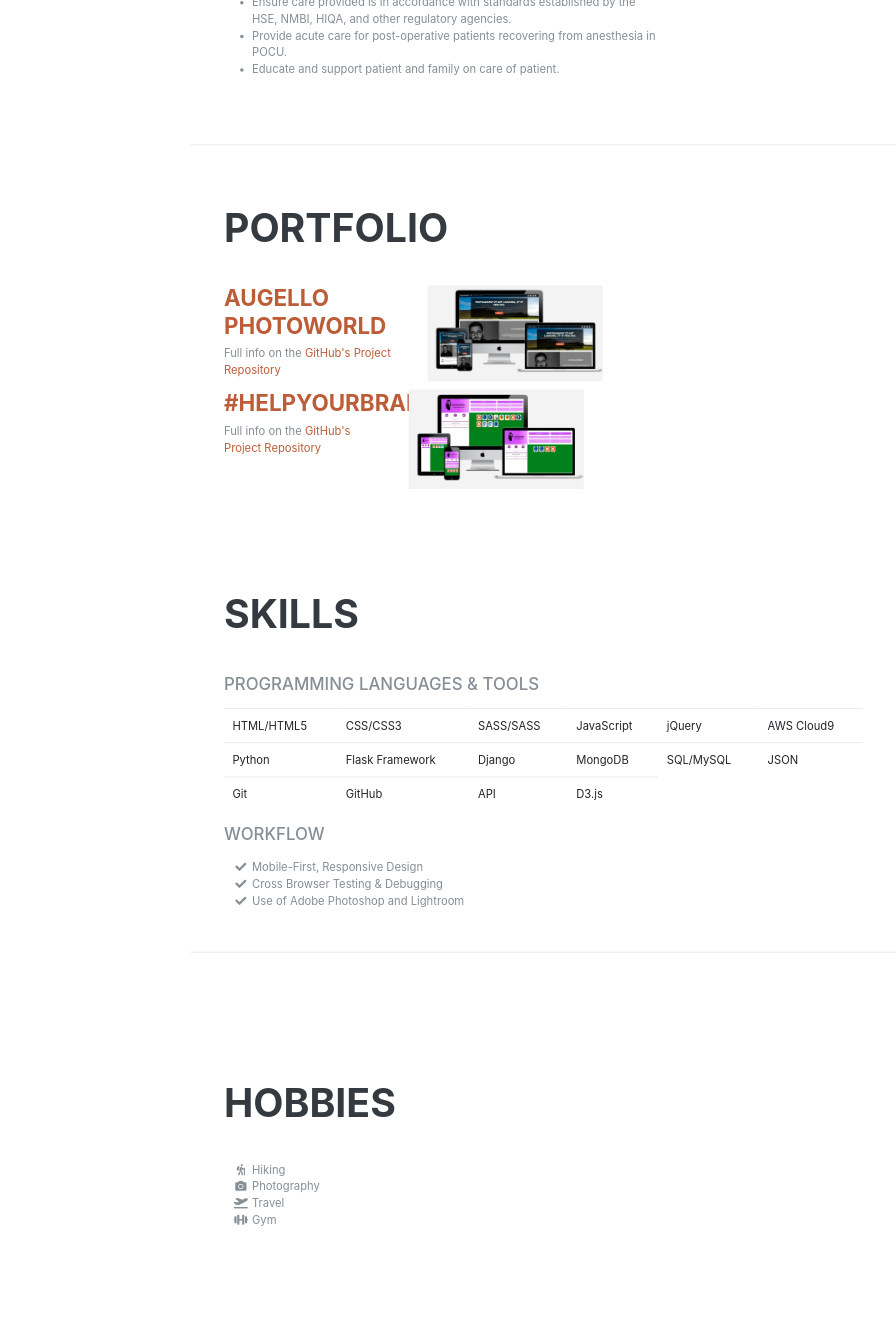
Repository: gello94/antonio_augello_online_Resume
Page: http://localhost/
The author's editor kept a record of every edit. The page is drawn from the files as they stood at one moment, then again after the next edit.
The browser window is 1280 px wide. The pictures show the part of the page from y = 2132 to 4052 px (the page is 4068 px tall before and 4249 px after), at 70% of full size.
Some web fonts or font styles are not loaded; a fallback is used. The page is served by the project's application, run on Flask 3 (run.py).

Above is the page before.

After the next edit:
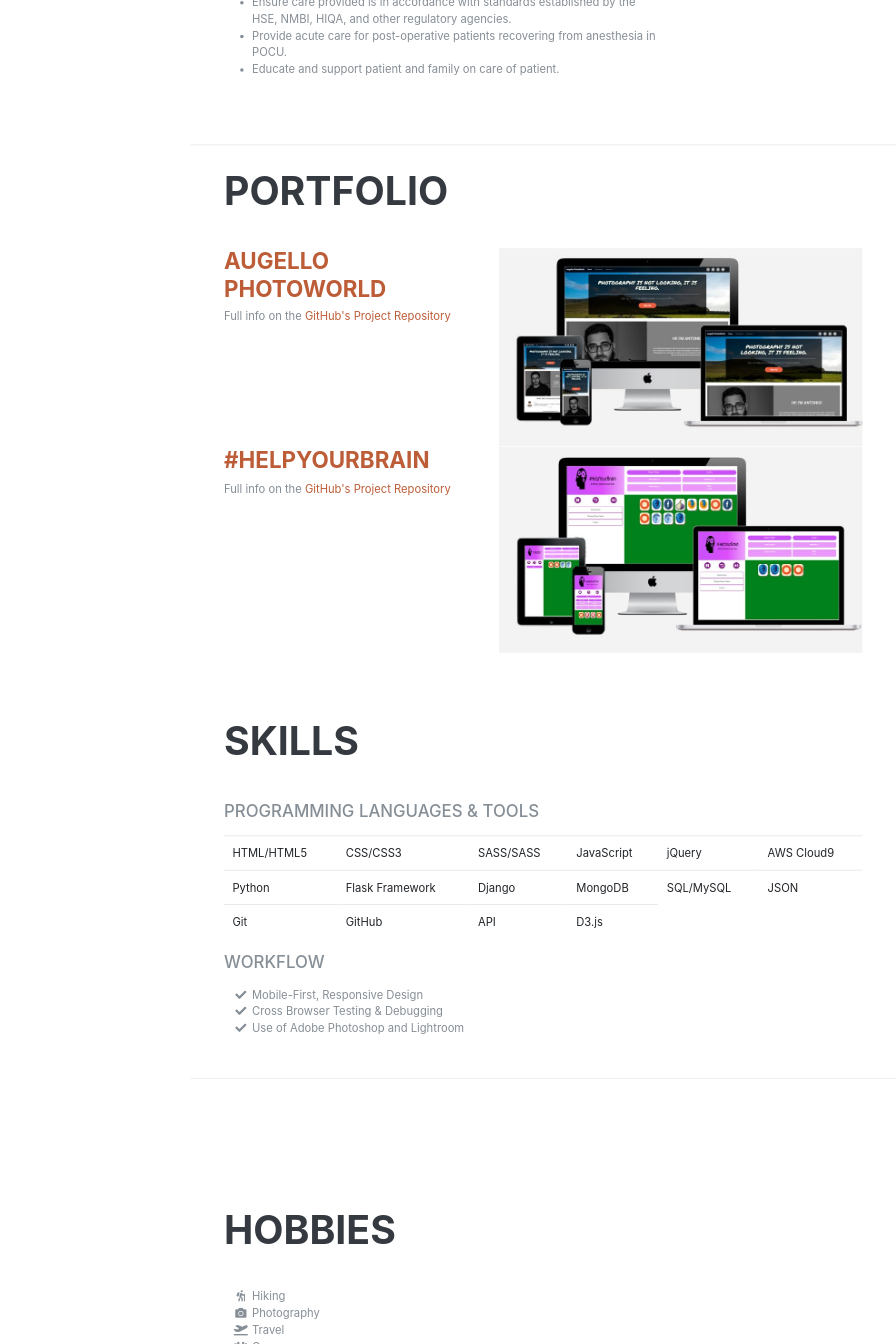
The edit:
--- a/static/css/main.css
+++ b/static/css/main.css
@@ -48,7 +48,7 @@
   height: auto;
   max-height: 100%;
   width: auto;
-  max-width: 250px;
+  max-width: 100%;
 }
 
 .portfolio-row {
